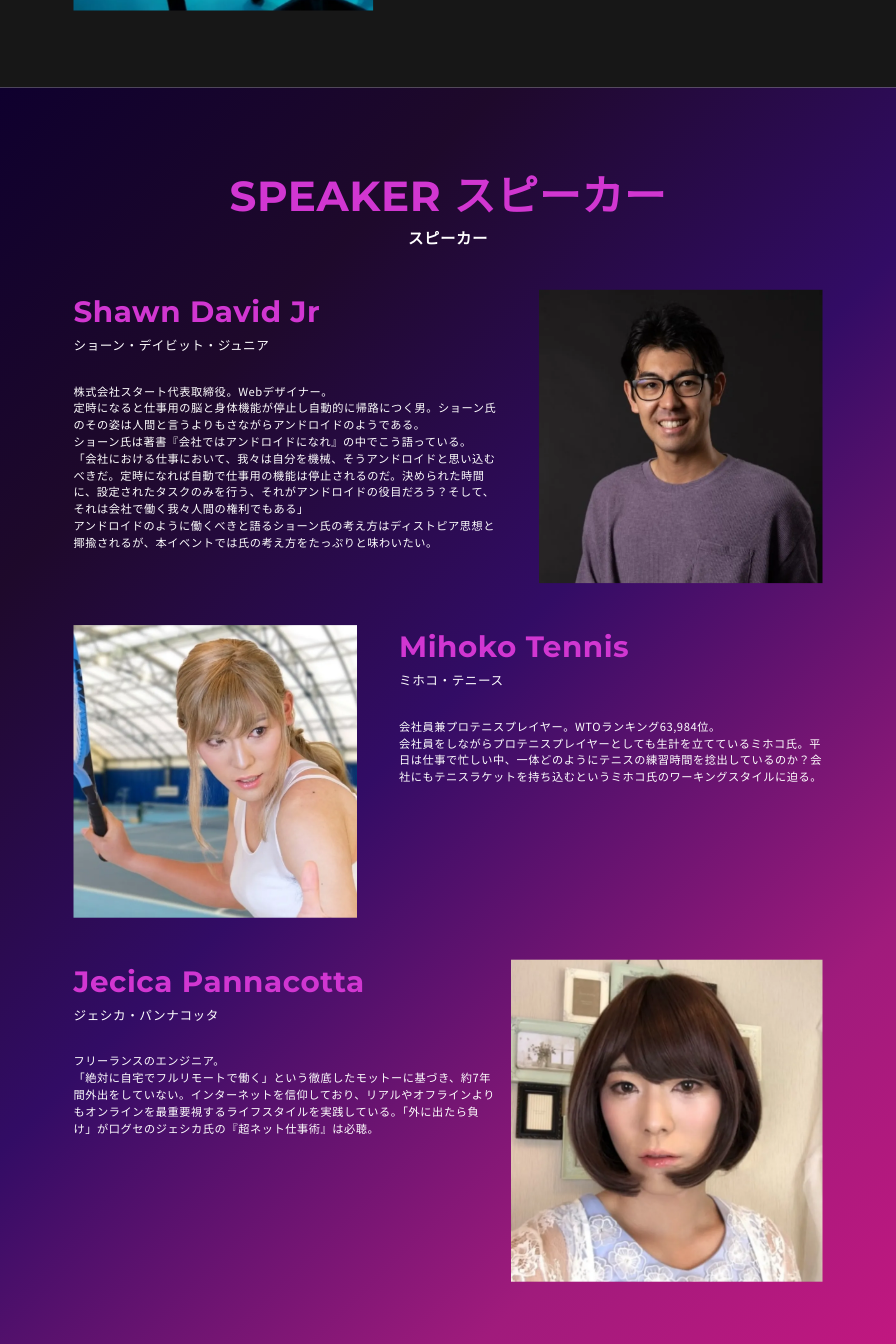
Repository: tetishi/wdc
Page: index.html
An editor plug-in stored every save of this project. The page is shown before and after a run of saves, followed by the edit.
The browser window is 1280 px wide. The pictures show the part of the page from y = 1510 to 3430 px (the page is 6212 px tall before and 6123 px after), at 70% of full size.
Some web libraries are served in a nearby version. The style sheet was rebuilt from its Sass, Less or Tailwind sources for each picture, by a compiler version that may differ from the author's.

Above is the page before, as saved 2023-07-15 18:30:12.

After the next 2 saves:
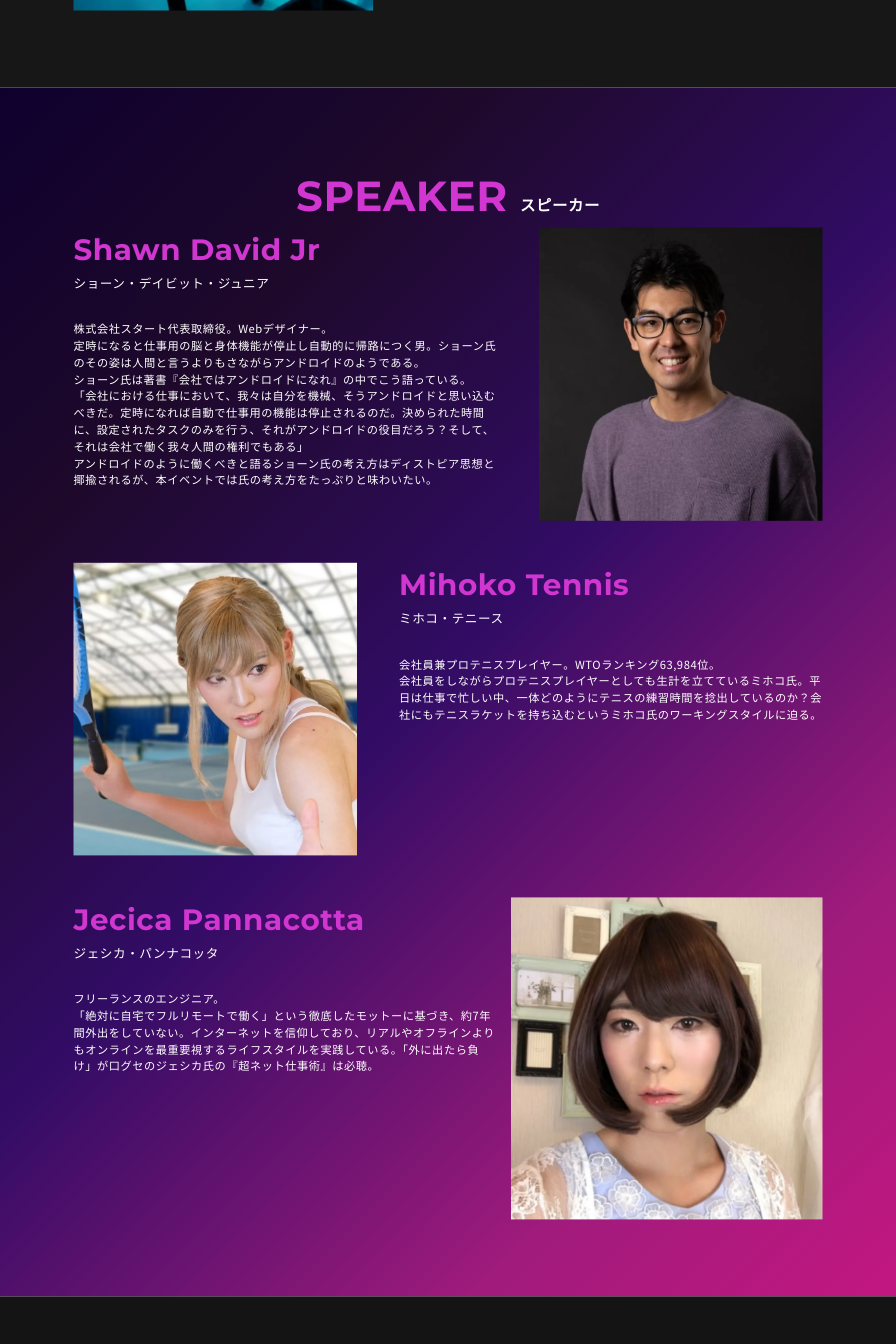
The 2 saves are shown as one change because they came seconds apart.
The last was saved 10 s later.
--- a/index.html
+++ b/index.html
@@ -112,9 +112,9 @@
             <div class="section-inner">
                 <h2 class="section-title">
                     SPEAKER
-                    <span>スピーカー</span>
+                    <span class="section-under-title">スピーカー</span>
                 </h2>
-                <p class="section-under-title">スピーカー</p>
+                <!-- <p class="section-under-title">スピーカー</p> -->
                 <div class="ceo-container">
                     <div class="ceo-left">
                         <h3 class="speaker-name">Shawn David Jr</h3>
